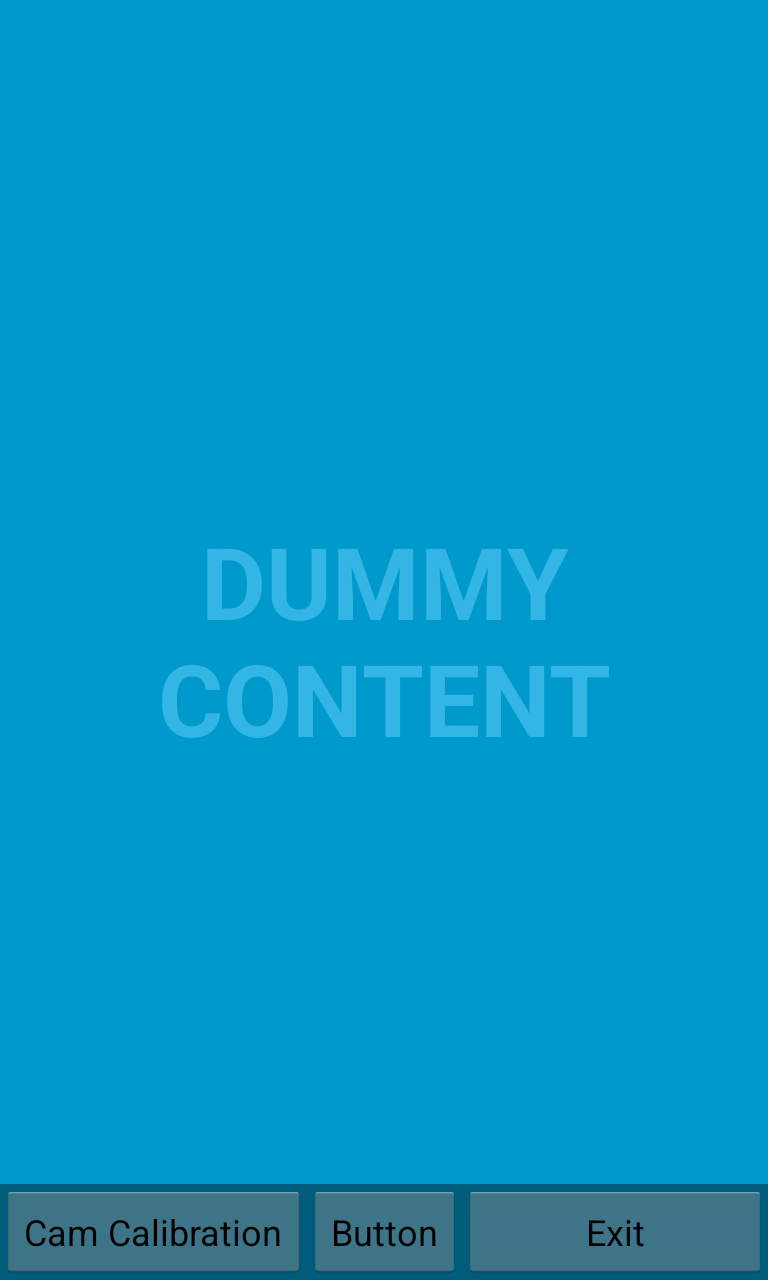
Repository: anuragawasthi89/AndroidImageProcessing
Layout: CVProcessor/res/layout/activity_main_window.xml
These files come from the project's save history. The layout is drawn as it stood at one moment and after the next save; the edit follows.
It is drawn on a 768 x 1280 px phone screen (xhdpi) without system bars, with theme AppTheme; the app's code is not run.

Above is the layout before, as saved 2014-02-07 18:58:37.

After the next save:
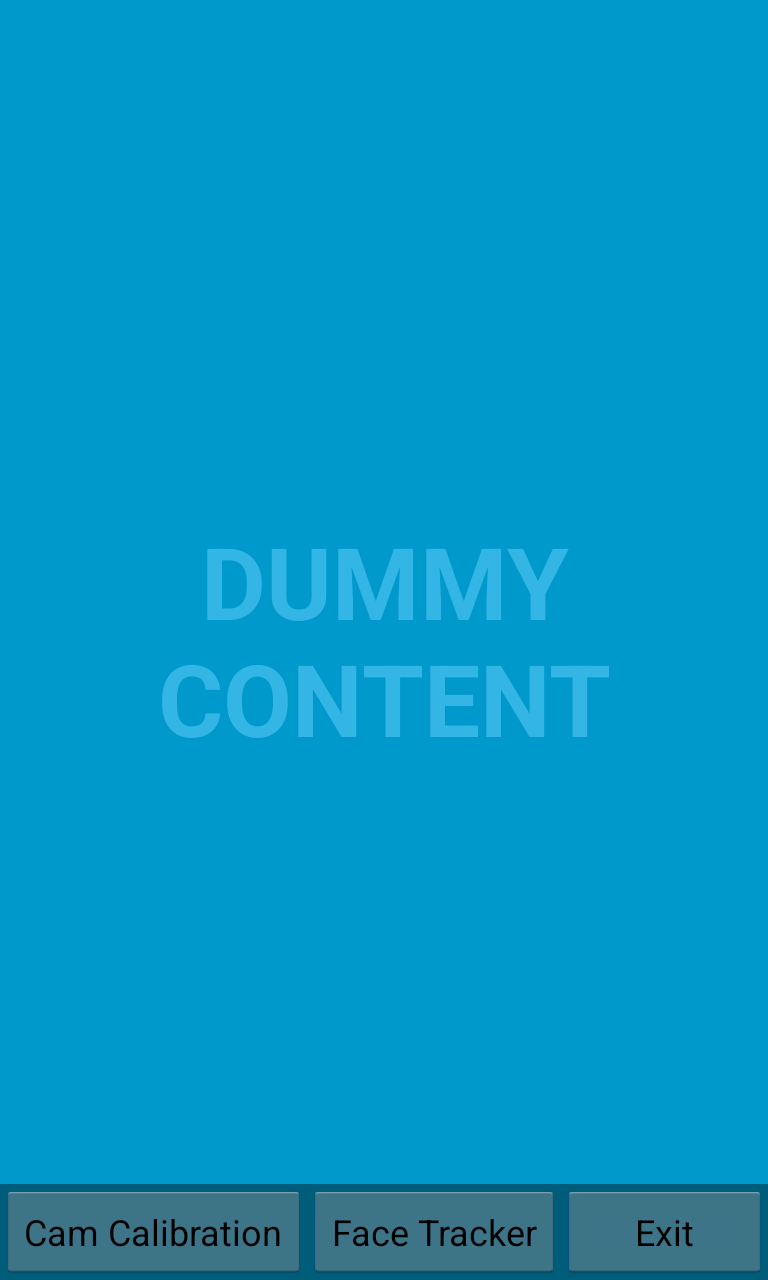
Saved 21 s later.
--- a/CVProcessor/res/layout/activity_main_window.xml
+++ b/CVProcessor/res/layout/activity_main_window.xml
@@ -43,10 +43,10 @@
             android:text="@string/view_camera_calibration_button" />
 
         	<Button
-            android:id="@+id/button2"
+            android:id="@+id/face_tracking_button"
             android:layout_width="wrap_content"
             android:layout_height="wrap_content"
-            android:text="Button" />
+            android:text="@string/face_tracking_button" />
 
             <Button
                 android:id="@+id/exit_button"
